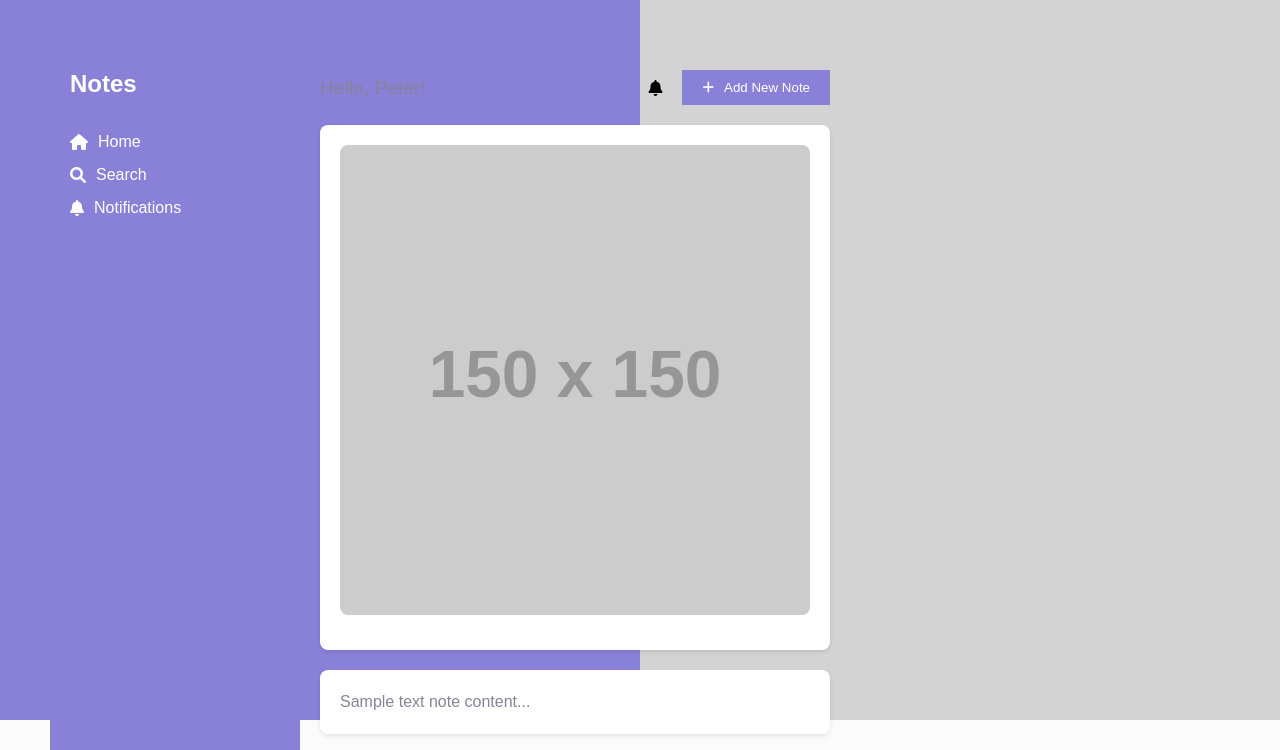
Repository: SatenikGabrielyan/HTML_CSS-_Assignment
Page: index.html
An editor plug-in stored every save of this project. The page is shown before and after a run of saves, followed by the edit.
The browser window is 1280 px wide. The pictures show the whole page.
An inner scrolling area shows only its first screen.

Above is the page before, as saved 2025-03-17 00:21:07.

### index.html
<!DOCTYPE html>
<html lang="en">
  <head>
    <meta charset="UTF-8" />
    <meta name="viewport" content="width=device-width, initial-scale=1.0" />
    <title>Notes App</title>
    <link rel="stylesheet" href="./style.css" />
    <!-- Include Font Awesome for icons -->
    <link href="https://cdnjs.cloudflare.com/ajax/libs/font-awesome/6.0.0-beta3/css/all.min.css" rel="stylesheet"/>
  </head>
  <body>

      <div class="cont">
          <div class="purp"></div>
          <div class="whit"></div>
      </div>
    <div class="container">

      <nav class="sidebar">
        <div class="sidebar-header">
          <h2>Notes</h2>
        </div>
        <ul class="sidebar-list">
          <li><i class="fas fa-home"></i> Home</li>
          <li><i class="fas fa-search"></i> Search</li>
          <li><i class="fas fa-bell"></i> Notifications</li>
        </ul>
      </nav>

      <main class="main-content">
        <header>
          <div class="header-left">
            <p>Hello, Peter!</p>
          </div>
          <div class="header-right">
            <i class="fas fa-bell"></i>
            <button class="add-note-btn">
              <i class="fas fa-plus"></i> Add New Note
            </button>
          </div>
        </header>
        <section class="notes-grid">

          <div class="note-item image-note">
            <img src="https://via.placeholder.com/150" alt="Note Image" />
          </div>

          <div class="note-item text-note">
            <p>Sample text note content...</p>
          </div>

          <div class="note-item mixed-note">
            <img src="https://via.placeholder.com/150" alt="Note Image" />
            <p>Sample mixed note content...</p>
          </div>
        </section>
      </main>
    </div>

  </body>
</html>

### style.css
/* CSS Variables for Colors */
:root {
    --bg-color: #fbfbfb;
    --primary-color: #8981d8;
    --secondary-color: #d0d0d0;
    --text-color: #858499;
    --highlight-color: #7f77cc;
    --hover-color: rgba(137, 129, 216, 0.5);
  }

  /* General Reset */
  * {
    margin: 0;
    padding: 0;
    box-sizing: border-box;
  }

  body {
    font-family: Arial, sans-serif;
    background-color: var(--bg-color);
    display: flex;
    height: 100vh;
  }
  .wrapper{
    position: relative;
  }
  .cont{
      display: flex;
      width: 100%;
      position: relative;
      z-index: -1;
      border-radius: 10px;
  }
.purp {
    width: 50%;
    background-color: var(--primary-color);
    flex-direction: row;
}
.whit {
    width: 50%;
    background-color: lightgray;
    flex-direction: row;
}
  .container {
    display: flex;
    width: 800px;
    height: 700px;
    margin: 50px;
    /* background: center; */
    position: absolute;
    z-index: 2;
    border-radius: 30px;
  }

  /* Sidebar Styling */
  .sidebar {
    width: 250px;
    background-color: var(--primary-color);
    color: #fff;
    display: flex;
    flex-direction: column;
    padding: 20px;
  }

  .sidebar-header h2 {
    margin-bottom: 20px;
  }

  .sidebar-list {
    list-style: none;
  }

  .sidebar-list li {
    margin: 15px 0;
    display: flex;
    align-items: center;
    cursor: pointer;
  }

  .sidebar-list li i {
    margin-right: 10px;
  }

  /* Main Content Styling */
  .main-content {
    flex-grow: 1;
    padding: 20px;
    overflow-y: auto;
  }

  header {
    display: flex;
    justify-content: space-between;
    align-items: center;
    margin-bottom: 20px;
  }

  .header-left p {
    font-size: 1.2em;
    color: var(--text-color);
  }

  .header-right {
    display: flex;
    align-items: center;
  }

  .header-right i {
    margin-right: 20px;
    cursor: pointer;
  }

  .add-note-btn {
    background-color: var(--primary-color);
    color: #fff;
    border: none;
    padding: 10px 20px;
    cursor: pointer;
    display: flex;
    align-items: center;
  }

  .add-note-btn i {
    margin-right: 10px;
  }

  /* Notes Grid Styling */
  .notes-grid {
    display: grid;
    grid-template-columns: repeat(auto-fill, minmax(300px, 1fr));
    gap: 20px;
  }

  .note-item {
    background-color: #fff;
    border-radius: 8px;
    box-shadow: 0 2px 4px rgba(0, 0, 0, 0.1);
    overflow: hidden;
    display: flex;
    flex-direction: column;
    padding: 20px;
  }

  .note-item img {
    width: 100%;
    height: auto;
    border-radius: 8px;
    margin-bottom: 15px;
  }

  .note-item p {
    color: var(--text-color);
    font-size: 1em;
    line-height: 1.5;
  }

  /* Hover Effect for Filter Buttons */
  .sidebar-list li:hover {
    background-color: var(--highlight-color);
    transition: background-color 0.3s ease;
  }

  /* Mobile Responsiveness */
  @media (max-width: 768px) {
    .container {
      flex-direction: column;
    }

    .sidebar {
      width: 100%;
      flex-direction: row;
      justify-content: space-around;
      padding: 10px;
    }

    .sidebar-list {
      display: flex;
      flex-direction: row;
      gap: 15px;
    }

    .sidebar-list li {
      margin: 0;
    }

    .main-content {
      padding: 10px;
    }

    header {
      flex-direction: column;
      align-items: flex-start;
    }

    .header-right {
      margin-top: 10px;
    }

    .notes-grid {
      grid-template-columns: 1fr;
    }

    .note-item {
      padding: 10px;
    }

    .note-item img {
      margin-bottom: 10px;
    }
  }

After the next 3 saves:
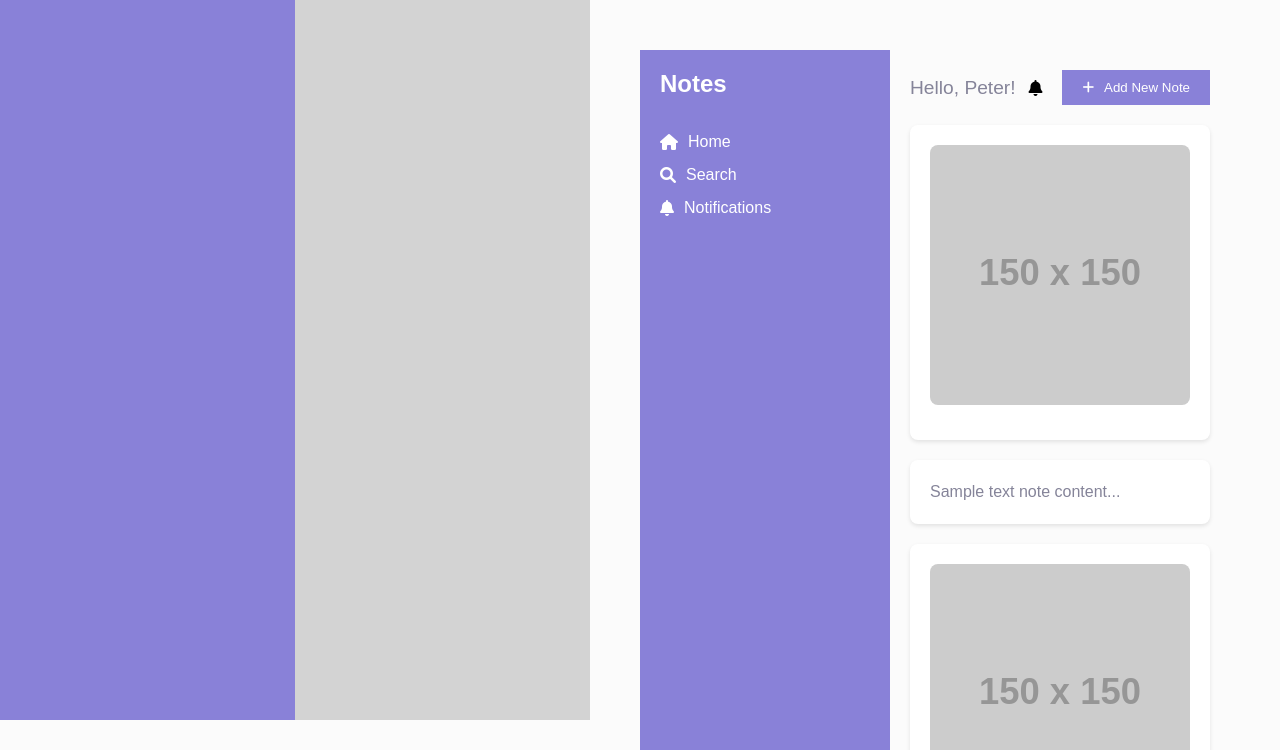
The 3 saves are shown as one change because they came seconds apart.
The last was saved 3 min 0 s later.
--- a/style.css
+++ b/style.css
@@ -46,6 +46,7 @@
     width: 800px;
     height: 700px;
     margin: 50px;
+    bordesh
     /* background: center; */
     position: absolute;
     z-index: 2;

After the 4 saves that followed:
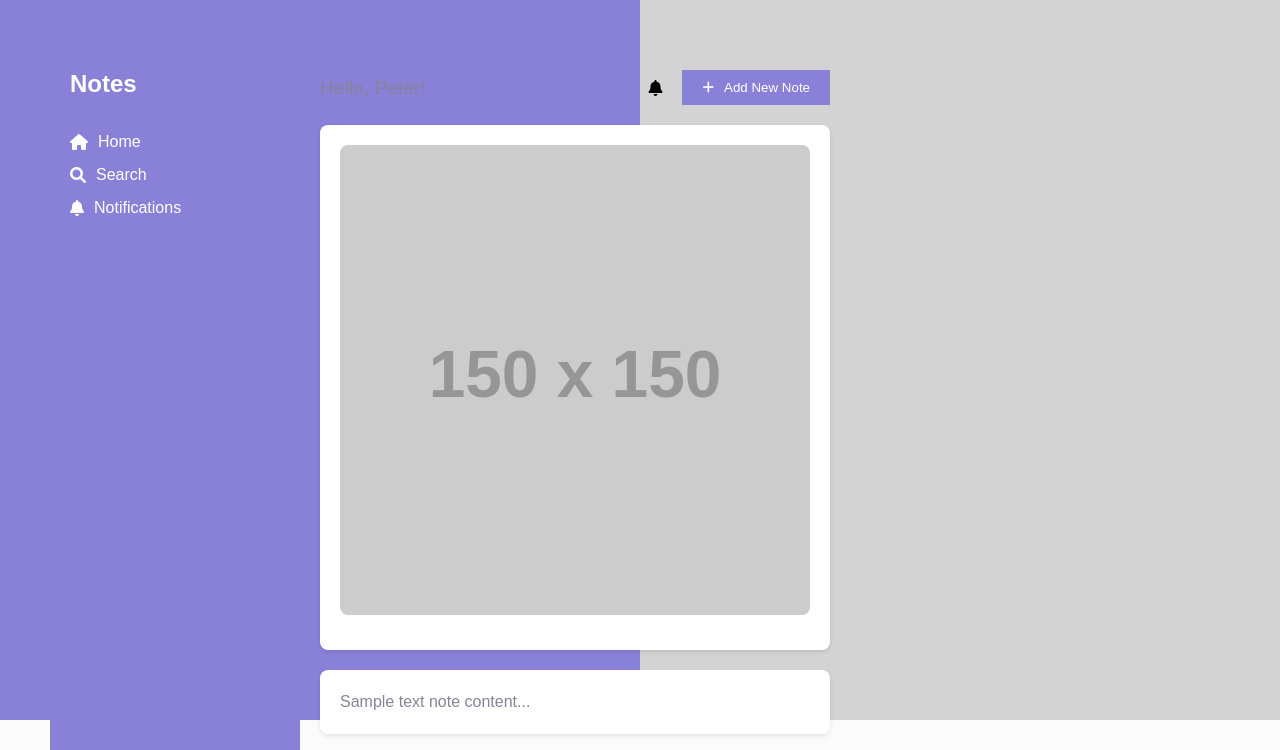
The 4 saves are shown as one change because they came seconds apart.
The last was saved 12 s later.
--- a/style.css
+++ b/style.css
@@ -46,7 +46,7 @@
     width: 800px;
     height: 700px;
     margin: 50px;
-    bordesh
+
     /* background: center; */
     position: absolute;
     z-index: 2;
